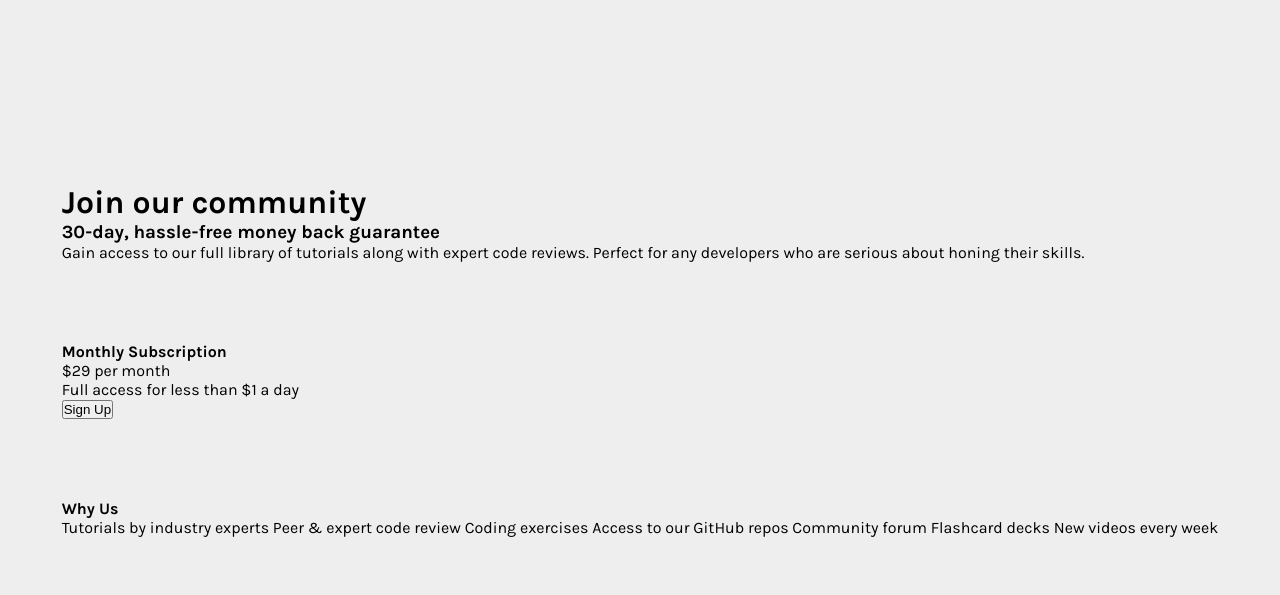
Repository: Akashiii1/WebSingleGrid_Day3
Page: index.html
The author's editor kept a copy of each file at every save. The page is drawn from the files as they stood at one save, then again after the next save.
The browser window is 1280 px wide. The pictures show the whole page.

Above is the page before, as saved 2021-12-22 00:56:57.

After the next save:
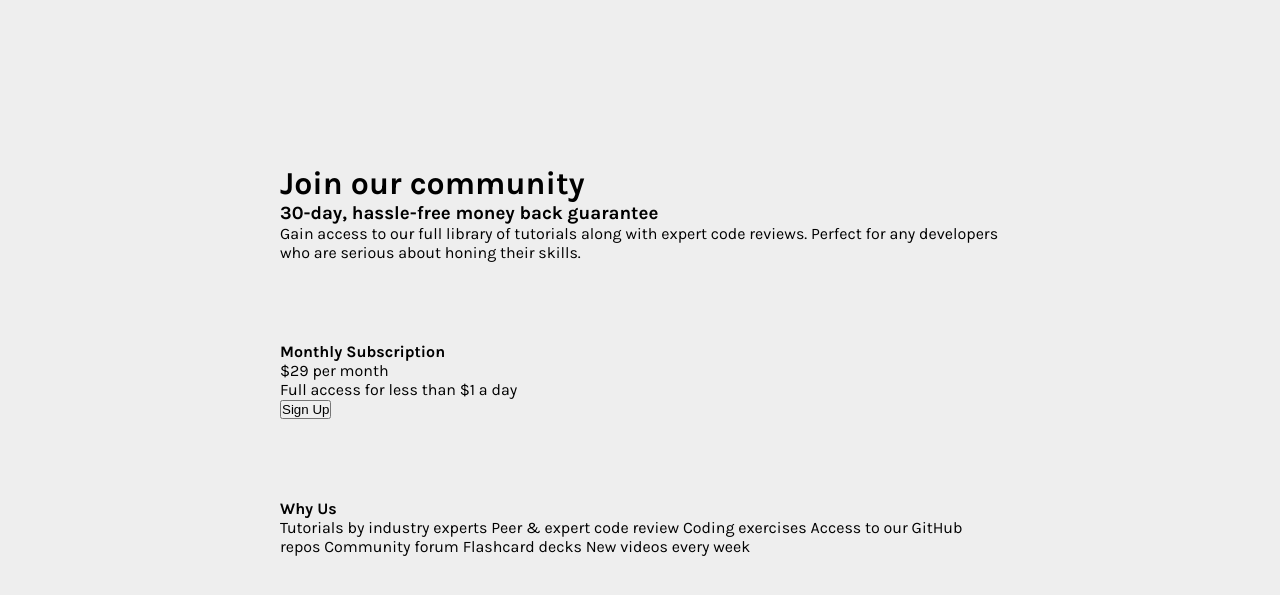
Saved 11 s later.
--- a/style.css
+++ b/style.css
@@ -44,6 +44,9 @@ body{
   min-height: 100vh;
   background-color: #eee;
 }
+.wrapper{
+  max-width: 800px;
+}
 .box{
   padding: 40px;
 }
